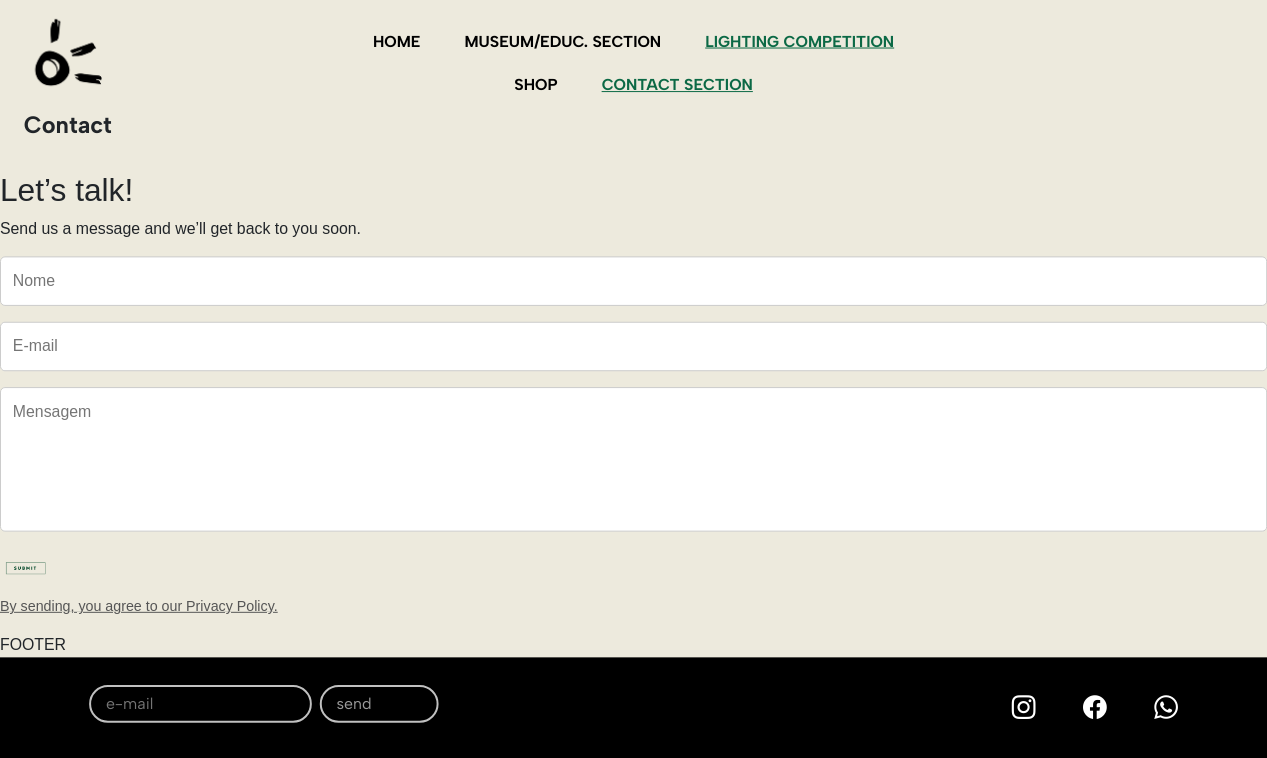
Repository: veronicamdiaz/Landing-Page-Practices
Page: contact-section.html
The author's editor kept a copy of each file at every save. The page is drawn from the files as they stood at one save, then again after the next save.
The browser window is 1280 px wide. The pictures show the whole page, at 99% of full size.

Above is the page before, as saved 2025-06-02 17:02:29.
Console error: TypeError: Cannot read properties of null (reading 'addEventListener')

### contact-section.html
<!DOCTYPE html>
<html lang="pt-BR">
<head>
    <meta http-equiv="X-UA-Compatible" content="IE=edge">
    <meta name="viewport" content="width=device-width, initial-scale=1.0">
    <title>Landing Page</title>
    <link rel="stylesheet" href="https://cdn.jsdelivr.net/npm/bootstrap@5.3.3/dist/css/bootstrap.min.css">
    <link rel="preconnect" href="https://fonts.googleapis.com">
    <link rel="preconnect" href="https://fonts.gstatic.com" crossorigin>
    <link href="https://fonts.googleapis.com/css2?family=Pacifico&family=Roboto:wght@400;700&display=swap" rel="stylesheet">
    <link rel="stylesheet" href="https://cdn.jsdelivr.net/npm/bootstrap-icons@1.11.3/font/bootstrap-icons.min.css">
    <link href="https://fonts.googleapis.com/css2?family=Albert+Sans:ital,wght@0,100..900;1,100..900&family=Pacifico&family=Roboto+Slab:wght@100..900&family=Roboto:ital,wght@0,100;0,300;0,400;0,500;0,700;0,900;1,100;1,300;1,400;1,500;1,700;1,900&display=swap" rel="stylesheet">
    <link rel="stylesheet" href="main.css">
</head>

<body>
<header id="home-page">
    <div class="site-logo">
        <a href="index.html">
            <img src="images/logo-site.png" alt="Lightning Design Lab Logo" class="logo-img">
        </a>
    </div>

    <div class="menu" data-bs-target="#cabecalho" da
    ta-bs-smooth-scroll="true">
        <nav id="cabecalho" class="mb-2 px-4">
            <a href="index.html" class="nav-link" data-bs-toggle="tab" data-bs-target="#home-page">HOME</a>
            <a href="museum-educational-section.html" class="nav-link" data-bs-toggle="tab" data-bs-target="#museum-educational-section">MUSEUM/EDUC. SECTION</a>
            <a href="competition-section.html" class="nav-link-active" data-bs-toggle="tab" data-bs-target="#competition-section">LIGHTING COMPETITION</a>
            <a href="shop-section.html" class="nav-link" data-bs-toggle="tab" data-bs-target="#shop-section">SHOP</a>
            <a href="contact-section.html" class="nav-link" data-bs-toggle="tab" data-bs-target="#contact-section">CONTACT SECTION</a>
        </nav>
    </div>
</header>

    <main>
        <section id="interaction-section" class="mt-5">
            <h2 class="section-title p-4">Contact</h2>
        </section>
    </main>

<section class="contact-section">
  <div class="contact-container">
    <h2>Let’s talk!</h2>
    <p>Send us a message and we’ll get back to you soon.</p>

    <!-- Campo Nome -->
    <div class="contact-input-container">
      <input type="text" placeholder="Nome" class="contact-input" required />
    </div>

    <!-- Campo E-mail -->
    <div class="contact-input-container">
      <input type="email" placeholder="E-mail" class="contact-input" required />
    </div>

    <!-- Campo Mensagem -->
    <div class="contact-input-container">
      <textarea placeholder="Mensagem" class="contact-input" rows="5" required></textarea>
    </div>

    <!-- Botão Enviar -->
    <div class="contact-button-container">
      <button class="contact-submit-button" id="submitContactButton">
        <img src="images/submit_button.png" alt="submit-btn" />
      </button>
    </div>

    <div class="contact-cookie-policy">
      <p><u>By sending, you agree to our Privacy Policy.</u></p>
    </div>
  </div>
</section>


   FOOTER
    <footer class="bg-black py-2">
        <div class="container d-flex justify-content-between align-items-center flex-column flex-md-row">
            <div class="d-flex gap-2 align-items-center mb-2">
                <input type="email" class="btn btn-secondary" placeholder="e-mail" required
                    style="border: 2px solid rgb(192, 192, 192); border-radius: 20px; background-color: black; padding: 5px 15px; min-width: 120px; text-align: left; color: rgb(155, 155, 155);">
                <button type="submit" class="btn btn-secondary"
                    style="border: 2px solid rgb(192, 192, 192); border-radius: 20px; background-color: black; padding: 5px 15px; min-width: 120px; text-align: left; color: rgb(155, 155, 155);">
                    send
                </button>
            </div>
            <div class="d-flex gap-5 align-items-center">
                <a href="https://www.instagram.com" target="_blank" class="text-white">
                    <i class="bi bi-instagram" style="font-size: 1.5rem;"></i>
                </a>
                <a href="https://www.facebook.com" target="_blank" class="text-white">
                    <i class="bi bi-facebook" style="font-size: 1.5rem;"></i>
                </a>
                <a href="https://wa.me/" target="_blank" class="text-white">
                    <i class="bi bi-whatsapp" style="font-size: 1.5rem;"></i>
                </a>
            </div>
        </div>
    </footer>


    <script src="script.js"></script>

    <script>
        document.addEventListener("DOMContentLoaded", function () {
            const navLinks = document.querySelectorAll(".nav-link");

            // Ativa o link clicado e armazena no localStorage
            navLinks.forEach(link => {
                link.addEventListener("click", function (e) {
                    // Armazena qual link foi clicado no localStorage
                    localStorage.setItem('activeLink', e.target.getAttribute('href'));
                    // Adiciona a classe de ativo
                    navLinks.forEach(l => l.classList.remove("nav-link-active"));
                    e.target.classList.add("nav-link-active");
                });
            });

            // Verifica se há um link ativo armazenado no localStorage
            const activeLink = localStorage.getItem('activeLink');
            if (activeLink) {
                // Remove a classe 'nav-link-active' de todos os links
                navLinks.forEach(link => link.classList.remove("nav-link-active"));
                // Adiciona a classe 'nav-link-active' ao link armazenado
                document.querySelector(`a[href="${activeLink}"]`)?.classList.add("nav-link-active");
            }
        });
    </script>
</body>
</html>

### main.css
html, body {
    height: 100%;
    margin: 0;
    display: flex;
    flex-direction: column;
}

body {
    background-color: #EDEADD;
    font-family: sans-serif;
    flex: 1;
}

main {
    z-index: 5;
    flex: 1; /* ocupa todo o espaço entre o header e o footer */
    display: flex;
    flex-direction: column;
    background-color: transparent;
}

header {
    height: auto;
    position: relative;
    display: flex;
    flex-direction: column;
    align-items: center;
    padding-bottom: 40px; /* ou ajuste conforme necessário */

}

.site-logo {
    z-index: 100; /* Aumente se necessário */
    position: fixed;
    top: 10px;
    left: 20px;
}

.interaction-section {
    z-index: 5;
}

.logo-img {
    height: auto;
    display: block;
}

.container {
    padding: 20px;
}

/* #webgl-container {
    display: flex;
    justify-content: center;
    align-items: center;
    width: 100%;
    height: 100%;
    overflow: hidden;
    background-color: #f5f5f5;
} */

#home-page {
    width: 100%;
    justify-content: center;
    align-items: center;
}



/* .square {
    width: 200px;
    height: 200px;
    background-color: rgb(255, 255, 255);
    position: relative;
} */

.square::before,
.square::after {
    content: "";
    position: absolute;
    width: 100%;
    height: 1px;
}

/* .square::before {
    top: 50%;
    transform: translateY(-50%);
    transform-origin: left;
    transform: rotate(45deg);
}

.square::after {
    left: 50%;
    transform: translateX(-50%);
    transform-origin: top;
    transform: rotate(-45deg);
}
*/
nav {
    font-family: 'Albert Sans';
    font-weight: bold;
    left: 50%;
    top: 10px; /* Mantém um pequeno espaçamento do topo */
    transform: translateX(-50%);
    gap: 20px;
    display: inline-block;
    font-size: 16px;
    align-items: center;
    justify-content: center;
    z-index: 10;
    padding: 10px 20px;
    height: auto;
}


nav a {
    text-decoration: none;
    font-weight: bold;
    background-color: none;
    height: auto !important;
}

.nav-link {
    color: black; /* Cor padrão */
    transition: color 0.3s ease;
}

.nav-link-active {
    color: #0b6945 !important; /* Cor do botão ativo */
    font-weight: bold;
    text-decoration: underline;
}


#cabecalho {
    position: fixed;
    text-align: center; /* Centraliza os links */
    height: auto;
    gap: 20px;
    z-index: 10px;
}

#cabecalho a {
    display: inline-block;
    padding: 10px 20px; /* Para não ficarem colados */
    height: auto;
}

.card {
    display: flex;
    align-items: center;
    padding: 40px;
    width: 100%;
    height: 100%;
    max-width: 1200px;
    margin: 0 auto;
    border-radius: 12px;
    border: 1px solid black;
}

.row {
    flex-wrap: wrap; /* Para quebrar corretamente em telas pequenas */
    justify-content: space-between; /* Garante espaçamento uniforme */
}

.card img {
    background-color: none;
    width: 100%;
    height: 100%;
    object-fit: cover;
}

.card h3 {
    font-size: 14px;
    font-family: 'Albert Sans';
    color: #666;
    font-weight: bold;
}
.card p {
    margin-top: 10px;
    font-size: 12px;
    color: #666;
    font-family: 'Albert Sans';
}

.card.reverse {
    flex-direction: column-reverse;
}

.section-title {
    font-family: 'Albert Sans';
    font-weight: bold;
    font-size: 1.5em;
}

#nova-secao {
    font-family: 'Albert Sans';
}

.text-white {
    font-family: 'Albert Sans';
    font-size: .3em;
    font-weight: bold;
    color: white;
}


.btn-seemore {
    text-transform: uppercase;
    text-decoration: underline;
    background: none;
    border: none;
    color: white;
    font-size: 1rem;
    cursor: pointer;
}

.card-label {
    font-family: 'Albert Sans', sans-serif;
    font-size: 0.9rem;
    color: #999;
    letter-spacing: 1px;
    margin-bottom: 2px; /* Diminuir aqui! */
}


.custom-card img {
    width: 40%;
    max-width: 300px;
    object-fit: cover;
}

.custom-card .card-content {
    width: 60%;
    padding: 20px;
}

.custom-card h3 {
    font-weight: bold;
    margin-bottom: 8px;
    font-size: 18px;
}

.custom-card.left {
    flex-direction: row;
    border: 1px solid black;
    background-color: transparent;
}

.custom-card.right {
    flex-direction: row-reverse;
    border: 1px solid black;
    background-color: transparent;
}

.custom-card p {
    font-size: 14px;
    line-height: 1.6;
}

.card-label {
    font-size: 14px;
    line-height: 1.6;
    font-family: 'Albert Sans';
}


footer {
    padding: 2px 0; /* Reduzindo a altura do footer */
    font-size: 0.8rem; /* Diminuindo tamanho do texto */
    font-family: 'Albert Sans', sans-serif;
}

.icon {
    max-width: 30px; /* Ajuste o tamanho máximo conforme necessário */
    max-height: 30px; /* Ajuste o tamanho máximo conforme necessário */
    width: auto; /* Mantém a proporção */
    height: auto; /* Mantém a proporção */
    object-fit: contain; /* Garante que a imagem se ajuste ao espaço sem distorção */
    margin-bottom: 10px;
}


#competition-section .container {
    width: 100vw;
    overflow: hidden;
}

#img-interativa {
    width: 100%;
    object-fit: cover;
    display: block;
}

.title-container .section-title {
    flex: 1;
    margin: 0;
}

/* “spacer” vazio só para manter o flex funcionando igual */
.title-container .spacer {
  width: 60px; /* ou o tamanho que você precisar para “fechar” o espaço */
}

/*contact section style */
.contact-modal {
  position: fixed;
  top: 0;
  left: 0;
  width: 100vw;
  height: 100vh;
  display: flex;
  justify-content: center;
  align-items: center;
  background-color: rgba(0, 0, 0, 0.5); /* fundo escurecido */
  z-index: 998;
}

.contact-modal-items {
  background-color: #fff;
  padding: 2rem;
  border-radius: 10px;
  width: 90%;
  max-width: 500px;
  box-shadow: 0 10px 40px rgba(0, 0, 0, 0.2);
  text-align: center;
  position: relative;
}

.contact-close-button {
  position: absolute;
  top: 20px;
  right: 30px;
  font-size: 2rem;
  cursor: pointer;
}

.contact-input-container .contact-input {
  width: 100%;
  padding: 0.75rem;
  margin-bottom: 1rem;
  border: 1px solid #ccc;
  border-radius: 5px;
  font-family: inherit;
  resize: none;
}

.contact-submit-button {
  background: none;
  border: none;
  cursor: pointer;
}

.contact-submit-button img {
  width: 40px;
  height: auto;
}

.contact-cookie-policy p {
  font-size: 0.9rem;
  margin-top: 1rem;
  color: #555;
}



@media (max-width: 768px) {
    .site-logo {
        top: 5px;
        left: 10px;
        position: fixed;
    }

    .logo-img {
        width: 40px;
    }

    nav {
        position: fixed;
        font-family: 'Albert Sans';
        font-weight: bold;
        gap: 20px;
        font-size: 10px;
        justify-content: center;
        text-align: right;
        display: flex;
        z-index: 1;
        padding: 4px 12px;
    }

    .home-image {
        width: 100%;
        height: auto;
        content: (url(images/fundositemenor_prancheta.png));
        }

    #home-page {
        justify-content: center;
        align-items: center;
    }

    .img-responsiva {
        height: auto;
    }

    .nav-links {
        flex-direction: column;
        gap: 15px;
        text-align: center;
    }

    .navbar-toggler {
        display: block; /* Mostra o botão hambúrguer */
        background: none;
        border: none;
        cursor: pointer;
    }

    .navbar-toggler i {
        color: black;
    }


    .card {
        text-align: center;
        flex-direction: column;
    }

    .card img {
        width: 70%;
    }

    .card .card-content {
        width: 70%;
    }

    .custom-card {
        flex-direction: column !important;
        text-align: center;
    }

    .custom-card img {
        width: 70%;
    }

    .custom-card .card-content {
        width: 70%;
    }


    footer .container {
        flex-direction: column;
        text-align: center;
    }

    footer form {
        flex-direction: column;
        width: 70%;
        align-items: center;
    }

    footer form input,
    footer form button {
        width: 90%; /* Mantém a aparência proporcional */
    }

    footer .d-flex.gap-5 {
        gap: 20px; /* Ajusta o espaçamento dos ícones */
        justify-content: center;
        margin-top: 10px;
    }
}

### script.js
document.addEventListener('DOMContentLoaded', function () {
  // Código para a troca de imagem
  const imagem = document.getElementById('img-interativa');
  let estado = 'inicial';

  console.log('Imagem carregada:', imagem);

  imagem.addEventListener('click', function () {
    console.log('Imagem clicada. Estado atual:', estado);

    if (estado === 'inicial') {
      imagem.src = './images/lights drawings2-05-05-05.jpg';
      estado = 'alterada';
    } else {
      imagem.src = './images/lights drawings2-09-09-09.jpg';
      estado = 'inicial';
    }

    console.log('Novo estado:', estado);
  });
});

function updateImage() {
  let homeImage = document.querySelector('.home-image');
  if (window.innerWidth <= 768) {
      homeImage.src = "images/fundositemenor_prancheta.png"; // Imagem menor
  } else {
      homeImage.src = "images/fundosite.png"; // Imagem padrão
  }
}

document.addEventListener("DOMContentLoaded", function () {
  const navLinks = document.querySelectorAll(".nav-link");
  const currentURL = window.location.pathname.split("/").pop(); // Pega só o nome do arquivo, ex: 'shop-section.html'

  navLinks.forEach(link => {
    const linkHref = link.getAttribute("href");

    // Verifica se o link aponta para a mesma página
    if (
      linkHref === currentURL ||                     // Exato match
      (linkHref === "index.html" && currentURL === "") || // Caso especial para index
      (linkHref !== "#" && currentURL.includes(linkHref)) // Links internos com hash (#)
    ) {
      link.classList.add("nav-link-active");
    } else {
      link.classList.remove("nav-link-active");
    }
  });
});


// Verifica quando a página carrega
window.onload = updateImage;

// Verifica quando a tela redimensiona
window.onresize = updateImage;

// <-- Fechando corretamente a função de 'DOMContentLoaded'


  /*
  // Inicialização do modelo 3D
  let mouseX = 0, mouseY = 0;
  const container = document.getElementById('webgl-container');
  const renderer = new THREE.WebGLRenderer({ antialias: true });
  renderer.setSize(window.innerWidth, window.innerHeight);
  container.appendChild(renderer.domElement);  // Adiciona o renderizador dentro de #webgl-container

  const scene = new THREE.Scene();

  // Criar um cubo maior
  const geometry = new THREE.BoxGeometry(2, 2, 2); // Aumentei o tamanho do cubo (2x2x2)
  const material = new THREE.MeshStandardMaterial({ color: 0x00ff00, roughness: 0.5, metalness: 0.7 });
  const cube = new THREE.Mesh(geometry, material);
  scene.add(cube);
  scene.background = new THREE.Color(0xF5F5F5);  // Cor de fundo #F5F5F5

   // Definir a posição do cubo para ficar mais para cima
   cube.position.y = 1; // Aqui é onde ajustamos a posição vertical do cubo

   // Melhorar a qualidade aumentando a resolução
  renderer.setPixelRatio(window.devicePixelRatio); // Usa a resolução nativa do dispositivo

  // Câmera
  const camera = new THREE.PerspectiveCamera(75, window.innerWidth / window.innerHeight, 0.1, 1000);
  camera.position.z = 5;  // Posicionando a câmera para visualizar o cubo maior

  // Adicionar luz ambiente
  const light = new THREE.AmbientLight(0x404040); // luz suave
  scene.add(light);

  // Adicionar luz direcional
  const directionalLight = new THREE.DirectionalLight(0xffffff, 1);
  directionalLight.position.set(5, 5, 5).normalize();
  scene.add(directionalLight);

  // Função de animação
  function animate() {
    requestAnimationFrame(animate);

    // A rotação do cubo será controlada pela posição do mouse
    cube.rotation.x = mouseY * Math.PI; // Multiplica a posição Y do mouse por pi
    cube.rotation.y = mouseX * Math.PI; // Multiplica a posição X do mouse por pi

    renderer.render(scene, camera);
  }

  animate();

  // Função para ajustar o tamanho do renderizador e atualizar a câmera
function onWindowResize() {
  const width = window.innerWidth;
  const height = window.innerHeight;

  // Atualiza as proporções da câmera
  camera.aspect = width / height;
  camera.updateProjectionMatrix();

  // Ajusta o tamanho do renderizador
  renderer.setSize(width, height);
}

// Adiciona um event listener para chamar a função sempre que a janela for redimensionada
window.addEventListener('resize', onWindowResize, false);

// Chama a função uma vez para configurar inicialmente
onWindowResize();

  // Redimensionar o renderizador quando a janela for redimensionada
  window.addEventListener('resize', () => {
    renderer.setSize(window.innerWidth, window.innerHeight);
    camera.aspect = window.innerWidth / window.innerHeight;
    camera.updateProjectionMatrix();
  });

  // Captura o movimento do mouse
  function onMouseMove(event) {
    // Normaliza a posição do mouse (de -1 a 1 para cada eixo)
    mouseX = (event.clientX / window.innerWidth) * 2 - 1;
    mouseY = -(event.clientY / window.innerHeight) * 2 + 1;
  }

  // Adiciona o ouvinte para o movimento do mouse
  window.addEventListener('mousemove', onMouseMove, false);
});

*/

After the next save:
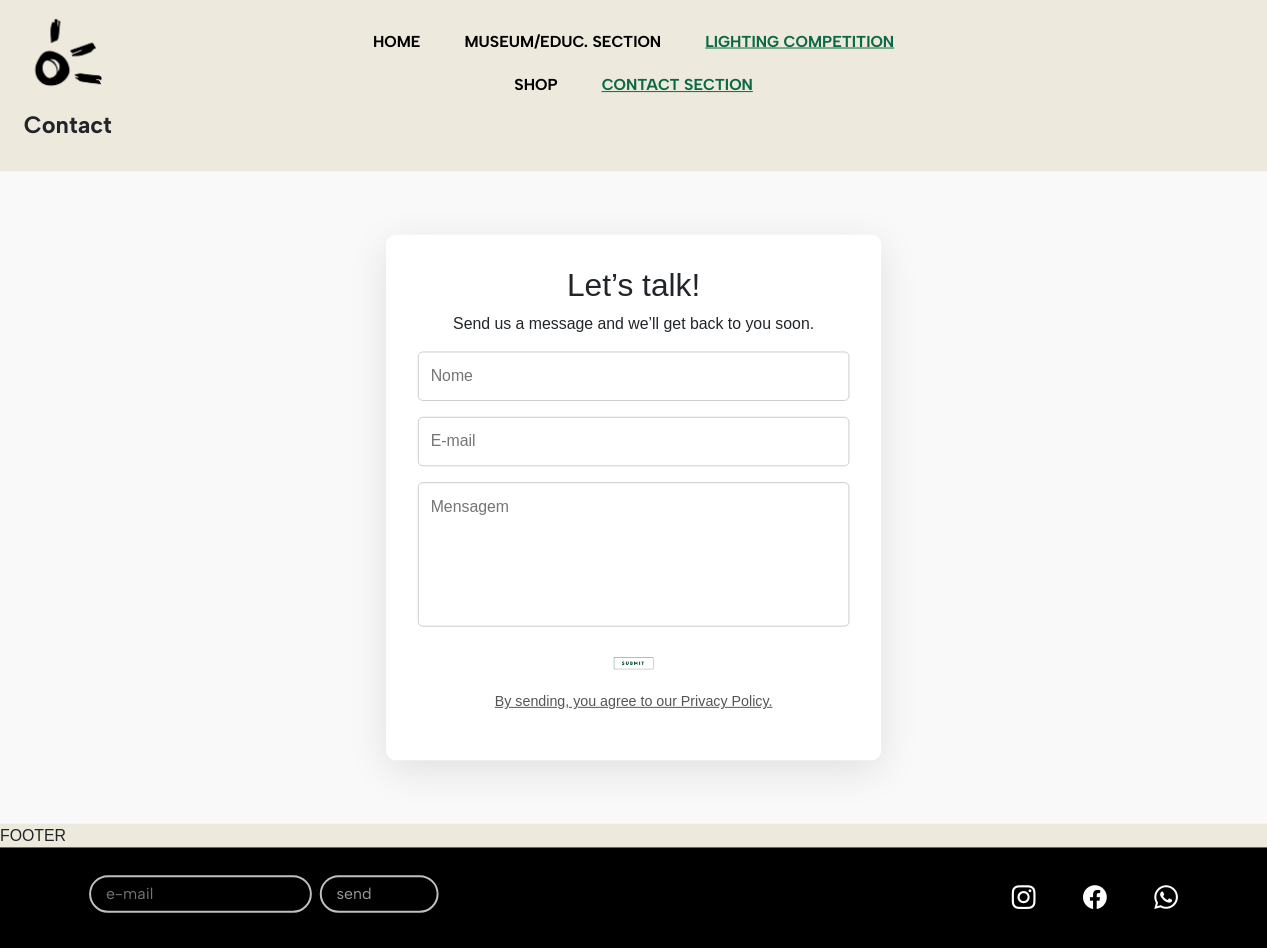
Saved 113 s later.
--- a/main.css
+++ b/main.css
@@ -303,42 +303,31 @@
 }
 
 /*contact section style */
-.contact-modal {
-  position: fixed;
-  top: 0;
-  left: 0;
-  width: 100vw;
-  height: 100vh;
+.contact-section {
   display: flex;
   justify-content: center;
   align-items: center;
-  background-color: rgba(0, 0, 0, 0.5); /* fundo escurecido */
-  z-index: 998;
-}
-
-.contact-modal-items {
+  padding: 4rem 1rem;
+  background-color: #f9f9f9; /* ou transparente */
+}
+
+.contact-container {
   background-color: #fff;
   padding: 2rem;
   border-radius: 10px;
-  width: 90%;
+  width: 100%;
   max-width: 500px;
-  box-shadow: 0 10px 40px rgba(0, 0, 0, 0.2);
+  box-shadow: 0 10px 40px rgba(0, 0, 0, 0.1);
   text-align: center;
-  position: relative;
-}
-
-.contact-close-button {
-  position: absolute;
-  top: 20px;
-  right: 30px;
-  font-size: 2rem;
-  cursor: pointer;
-}
-
-.contact-input-container .contact-input {
+}
+
+.contact-input-container {
+  margin-bottom: 1rem;
+}
+
+.contact-input {
   width: 100%;
   padding: 0.75rem;
-  margin-bottom: 1rem;
   border: 1px solid #ccc;
   border-radius: 5px;
   font-family: inherit;
@@ -361,7 +350,6 @@
   margin-top: 1rem;
   color: #555;
 }
-
 
 
 @media (max-width: 768px) {
